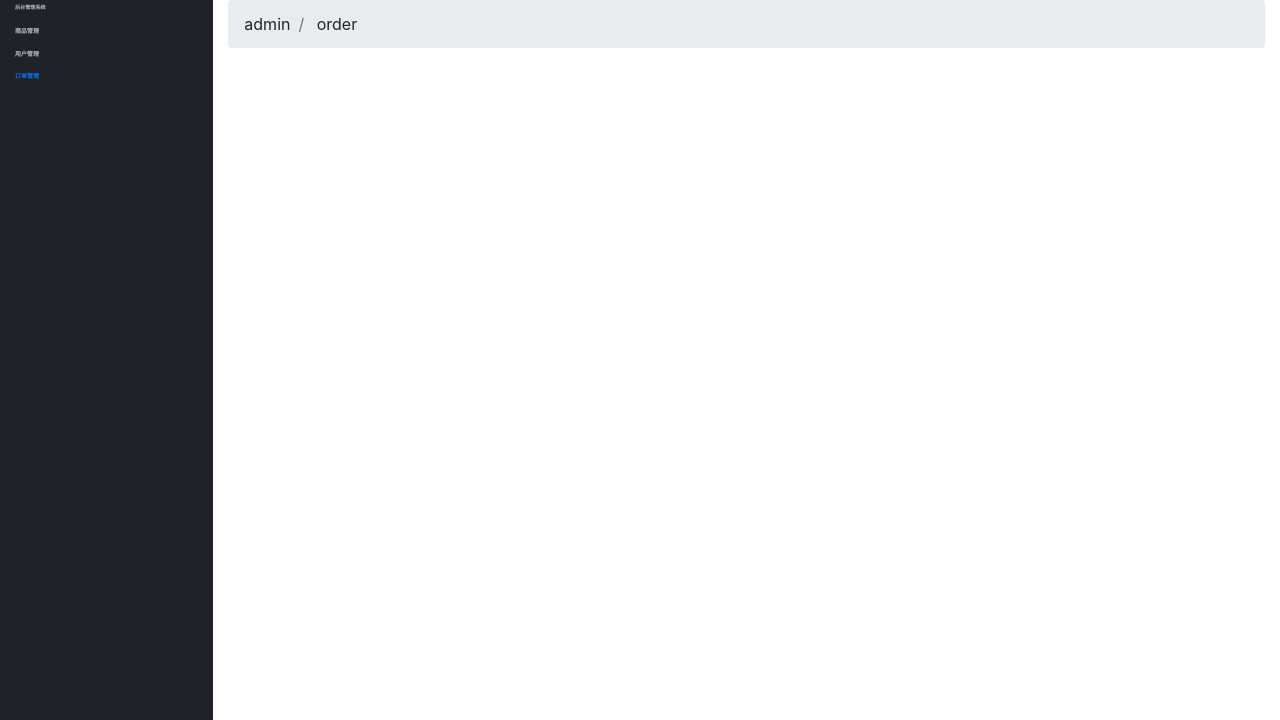
Repository: Rayfang0719/Vue-admin
Page: /admin/order
An editor plug-in stored every save of this project. The page is shown before and after the next save, followed by the edit.
The browser window is 1280 px wide. The pictures show the whole page.
The project was rebuilt for these pictures with package versions that can differ from the ones it lists, and the page was loaded fresh each time. Also part of the build but not shown: vue.config.js, src/pages/login.vue.

Above is the page before, as saved 2019-05-12 18:54:20.

After the next save:
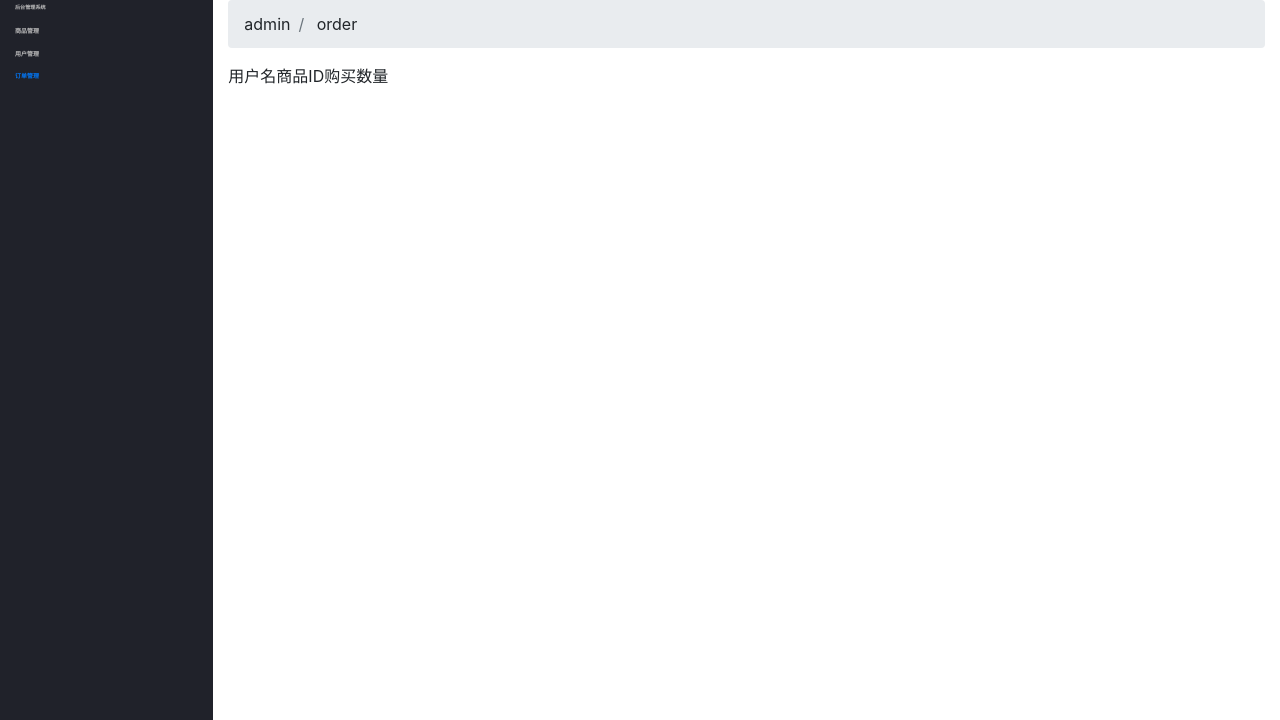
Saved 55 s later.
--- a/src/pages/admin/order.vue
+++ b/src/pages/admin/order.vue
@@ -1,6 +1,14 @@
 <template>
     <div style="width:100%">
-        <table></table>
+        <table>
+            <thead>
+                <tr>
+                    <td>用户名</td>
+                    <td>商品ID</td>
+                    <td>购买数量</td>
+                </tr>
+            </thead>
+        </table>
     </div>
 </template>
 <script>
